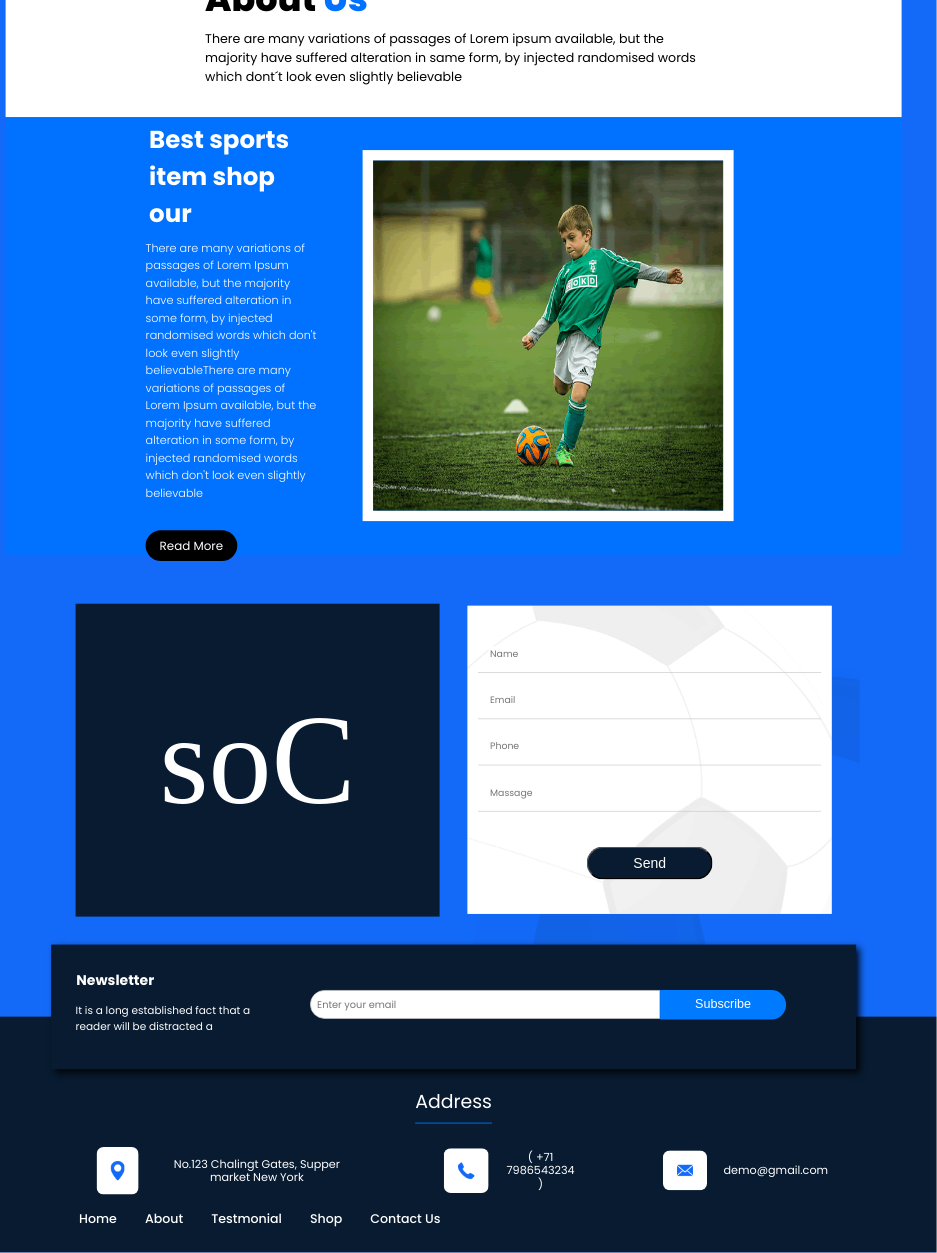
Repository: Vinicius9922/Projeto-Web
Page: index.html
The author's editor kept a copy of each file at every save. The page is drawn from the files as they stood at one save, then again after the next save.
The browser window is 1280 px wide. The page is 1338 px wide, so the pictures cover 1338 px, including what lies to the right of the window. The pictures show the part of the page from y = 1958 to 3798 px (the page is 3748 px tall before and 3798 px after), at 70% of full size.

Above is the page before, as saved 2024-12-13 19:41:51.

After the next save:
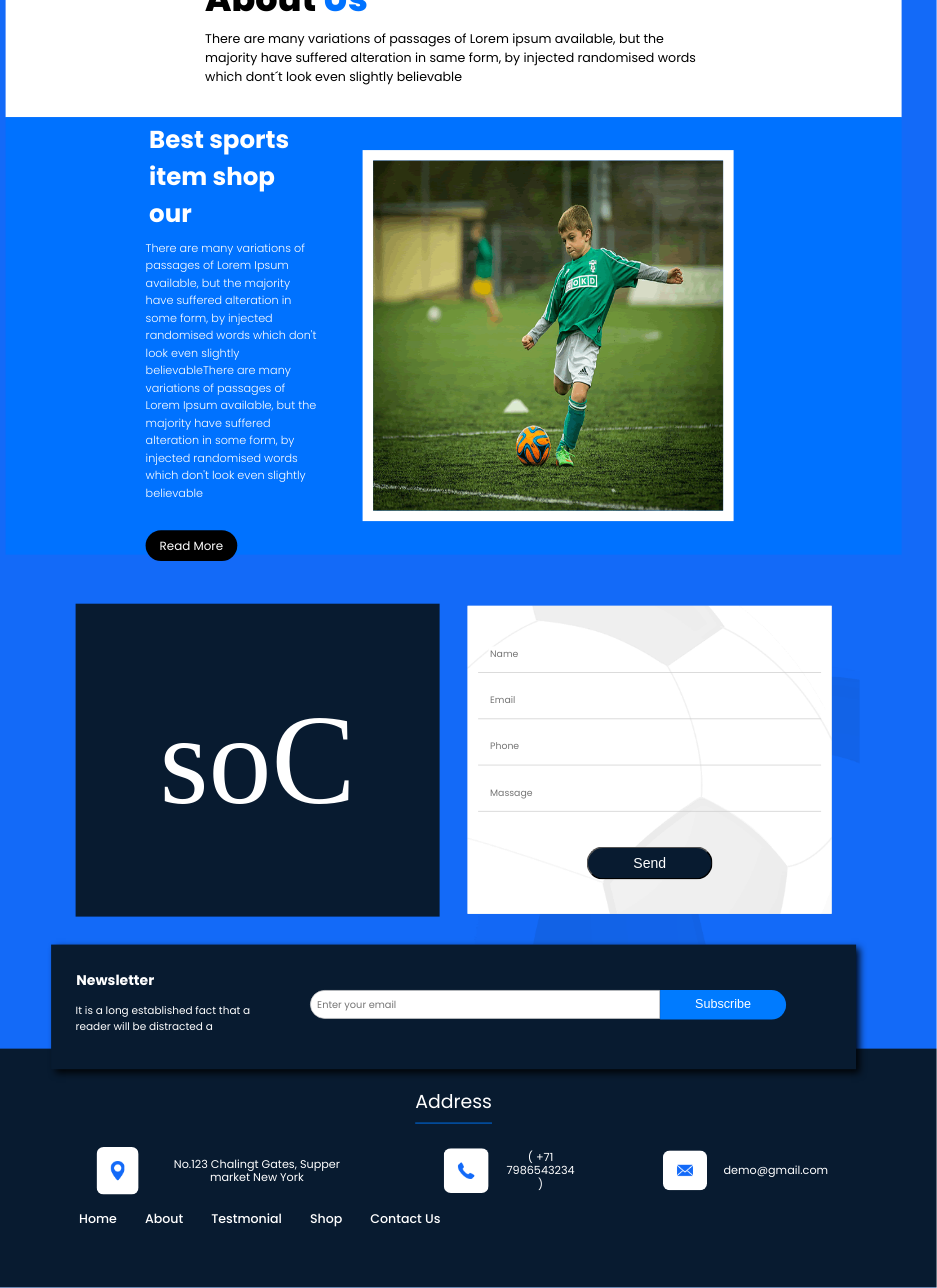
Saved 9 s later.
--- a/index.css
+++ b/index.css
@@ -458,6 +458,6 @@
 
 .menu_text ul{
     text-align: center;
-    padding:0, 50px, 50px, 0;
-
-}
+    padding:0 50px 50px 0;
+
+}
